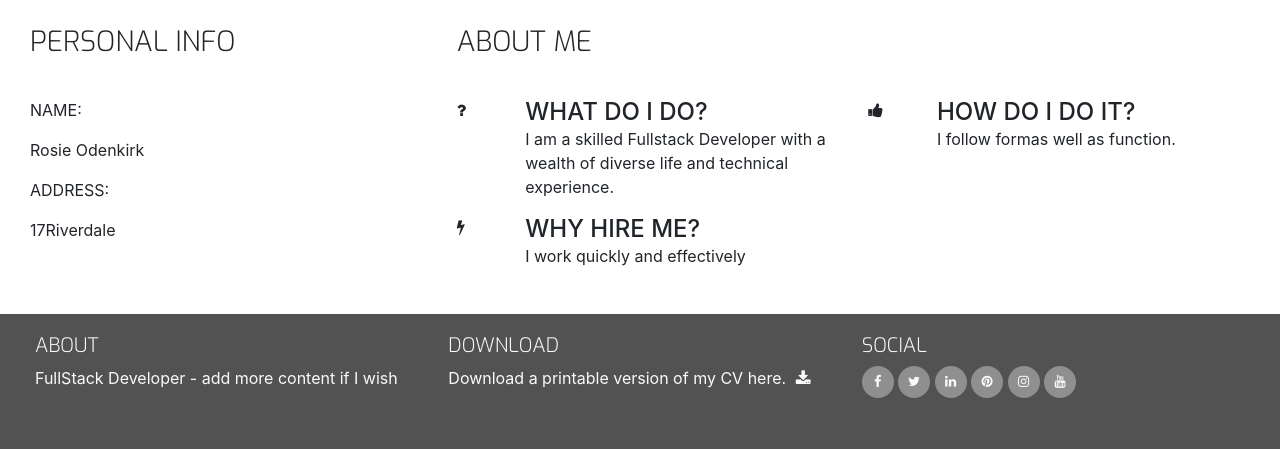
Repository: JustWhiteGit/Rosies-Resume
Page: index.html
The author's editor kept a record of every edit. The page is drawn from the files as they stood at one moment, then again after the next edit.
The browser window is 1280 px wide. The pictures show the part of the page from y = 369 to 872 px (the page is 818 px tall before and 872 px after).

Above is the page before.

### index.html
<!DOCTYPE html>
<html lang="en">

<head>
    <meta charset="UTF-8">
    <meta name="viewport" content="width=device-width, initial-scale=1.0">
    <meta http-equiv="X-UA-Compatible" content="ie=edge">
    <link rel="stylesheet" href="https://stackpath.bootstrapcdn.com/bootstrap/4.3.1/css/bootstrap.min.css" type="text/css" />
    <link rel="stylesheet" href="https://stackpath.bootstrapcdn.com/font-awesome/4.7.0/css/font-awesome.min.css" type="text/css" />
    <link rel="stylesheet" href="https://cdnjs.cloudflare.com/ajax/libs/hover.css/2.3.1/css/hover-min.css" type="text/css" />
    <link rel="stylesheet" href="assets/css/styles.css" type="text/css" />
    <title>Rosie</title>
</head>

<body>
    <header>
        <div class="row no-gutters">
            <a href="index.html" class="col-md-4 logo">

            </a>
            <div class="col-md-8">
                <div class="row no-gutters bg-color-name-title">
                    <div class="col heading">
                        <h1 class="name">Rosie Odenkirk</h1>
                        <h2 class="title">Full Stack Developer</h2>
                    </div>
                </div>
                <div class="row no-gutters">
                    <div class="col">
                        <ul id="nav" class="list-inline menucontainer">
                            <li class="col-6 col-sm-3 ui-menu-color-home list-inline-item menuitem">
                                <a href="#" class="hvr-sweep-to-bottom"><i class="fa fa-home" aria-hidden="true"></i><span>Home</span></a>
                            </li>
                            <li class="col-6 col-sm-3 ui-menu-color-resume list-inline-item menuitem">
                                <a href="#" class="hvr-sweep-to-bottom"><i class="fa fa-graduation-cap" aria-hidden="true"></i><span>Resume</span></a>
                            </li>
                            <li class="col-6 col-sm-3 ui-menu-color-contact list-inline-item menuitem">
                                <a href="#" class="hvr-sweep-to-bottom"><i class="fa fa-comment-o" aria-hidden="true"></i><span>Contact</span></a>
                            </li>
                            <li class="col-6 col-sm-3 ui-menu-color-download list-inline-item menuitem">
                                <a href="#" class="hvr-sweep-to-bottom"><i class="fa fa-download" aria-hidden="true"></i><span>Download</span></a>
                            </li>
                        </ul>
                    </div>
                </div>
            </div>
        </div>

    </header>
    <section class="container-fluid">
        <div class="row">
            <div class="col-md-4 bg-color-personal-info section-column">
                <div class="row">
                    <div class="col-12">
                        <h3 class="section-heading uppercase">
                            Personal Info
                        </h3>
                    </div>
                </div>
                <div class="personal-info-item">
                    <div class="key">
                        <p class="uppercase">
                            Name:
                        </p>
                    </div>
                    <div class="value">
                        <p>
                            Rosie Odenkirk
                        </p>
                    </div>
                </div>
                <div class="personal-info-item">
                    <div class="key">
                        <p class="uppercase">
                            address:
                        </p>
                    </div>
                    <div class="value">
                        <p>
                            17Riverdale
                        </p>
                    </div>
                </div>
            </div>
            <div class="col-md-8 bg-color-three-reasons section-column">
                <div class="row">
                    <div class="col">
                        <h3 class="section-heading uppercase">About me </h3>
                    </div>
                </div>
                <div class="row">
                    <div class="col-10 offset-1 offset-sm-0 col-sm-4 col-md-6">
                        <div class="row">
                            <div class="col-2">
                                <i class="three-reasons-icon fa fa-question" aria-hidden="true"></i>
                            </div>
                            <div class="col-10">
                                <h4 class="three-reasons-heading uppercase">what do i do?</h4>
                                <p>I am a skilled Fullstack Developer with a wealth of diverse life and technical experience.</p>
                            </div>
                        </div>
                    </div>
                    <div class="col-10 offset-1 offset-sm-0 col-sm-4 col-md-6">
                        <div class="row">
                            <div class="col-2">
                                <i class="three-reasons-icon fa fa-thumbs-up" aria-hidden="true"></i>
                            </div>
                            <div class="col-10">
                                <h4 class="three-reasons-heading uppercase">how do i do it?</h4>
                                <p>I follow formas well as function.</p>
                            </div>
                        </div>
                    </div>
                    <div class="col-10 offset-1 offset-sm-0 col-sm-4 col-md-6">
                        <div class="row">
                            <div class="col-2">
                                <i class="three-reasons-icon fa fa-bolt" aria-hidden="true"></i>
                            </div>
                            <div class="col-10">
                                <h4 class="three-reasons-heading uppercase">why hire me?</h4>
                                <p>I work quickly and effectively</p>
                            </div>
                        </div>
                    </div>
                </div>
            </div>
        </div>
    </section>
    <footer class="container-fluid">
        <div id="footer-details" class="row">
            <div class="col-sm-4">
                <h5 class="uppercase general-sub">About</h5>
                <p class="inline-block">
                    FullStack Developer - add more content if I wish
                </p>
            </div>
            <div class="col-sm-4">
                <h5 class="uppercase general-sub">Download</h5>
                <p class="inline-block">
                    Download a printable version of my CV here.
                    <a href="#" target="_blank" class="cv-pdf">
                        <i class="fa fa-download" aria-hidden="true"></i>
                        <span class="sr-only">Download link.</span>
                    </a>
                </p>
            </div>
            <div class="col-sm-4">
                <h5 class="uppercase general-sub">Social</h5>
                <ul class="list-inline social-links">
                    <li class="list-inline-item">
                        <a target="_blank" href="#">
                            <i class="fa fa-facebook" aria-hidden="true"></i>
                            <span class="sr-only">Facebook</span>
                        </a>
                    </li>
                    <li class="list-inline-item">
                        <a target="_blank" href="#">
                            <i class="fa fa-twitter" aria-hidden="true"></i>
                            <span class="sr-only">Twitter</span>
                        </a>
                    </li>
                    <li class="list-inline-item">
                        <a target="_blank" href="#">
                            <i class="fa fa-linkedin" aria-hidden="true"></i>
                            <span class="sr-only">LinkedIn</span>
                        </a>
                    </li>
                    <li class="list-inline-item">
                        <a target="_blank" href="#">
                            <i class="fa fa-pinterest" aria-hidden="true"></i>
                            <span class="sr-only">Pinterest</span>
                        </a>
                    </li>
                    <li class="list-inline-item">
                        <a target="_blank" href="#">
                            <i class="fa fa-instagram" aria-hidden="true"></i>
                            <span class="sr-only">Instagram</span>
                        </a>
                    </li>
                    <li class="list-inline-item">
                        <a target="_blank" href="#">
                            <i class="fa fa-youtube" aria-hidden="true"></i>
                            <span class="sr-only">YouTube</span>
                        </a>
                    </li>
                </ul>

            </div>
        </div>


    </footer>
</body>

</html>

### assets/css/styles.css
@import url('https://fonts.googleapis.com/css?family=Roboto:100,200,300,400,500,600,700|Exo:100,200,300,400,500,600,700');

/*---------------------------------colors*/

.bg-color-name-title {
    background-color: #676767;
}

.bg-color-three-reasons {
    background-color: #fff;
}

.ui-menu-color-home {
    background-color: #e67e22;
}

.ui-menu-color-resume {
    background-color: #9b59b6;
}

.ui-menu-color-contact {
    background-color: #3498db;
}

.ui-menu-color-download {
    background-color: #525252;
}

/* --------------------------------special paddings/margins/text */

h1,
h2,
h3,
h4 {
    margin: 0;
}

.uppercase {
    text-transform: uppercase;
}

.general-sub {
    font-family: "Exo", sans-serif;
    font-weight: 300;
    color: #fafafa;
}

.row-table {
    display: table;
}


.section-column {
    display: table-cell;
    padding: 0 30px 30px;
    float: none;
}


.section-heading {

    font-family: "Exo", sans-serif;
    font-weight: 300;
    margin-top: 25px;
    margin-bottom: 40px;
}



/* --------------------------------heading */

header {
    margin: 0;
}

.heading {
    margin-left: 50px;
}

.logo {
    background: url("../images/rosie-resume.jpg");
    background-position: center;
    background-repeat: no-repeat;
    background-size: cover;
    min-height: 360px;
    transition: all .5s ease-in-out;
    -moz-transition: all .5s ease-in-out;
    -webkit-transition: all .5s ease-in-out;
}


.name {
    font-family: "Exo", sans-serif;
    font-weight: 100;
    font-size: 46px;
    margin-top: 50px;
    color: #fff;
}

.title {
    font-family: "Roboto", sans-serif;
    font-weight: 200;
    font-size: 28px;
    margin-top: 20px;
    margin-bottom: 90px;
    color: #fff;
}


.list-inline-item:not(:last-child) {
    margin: 0;
}

.menucontainer {
    font-size: 0;
}

#nav {
    margin: 0;
}

#nav li {
    font-size: 14px;
    padding: 0;
}

.menuitem {
    height: 120px;
    text-align: center;
    padding: 0;
}

.menuitem a {
    width: 100%;
    text-decoration: none;
    color: #fff;
    height: 120px;
}

.menuitem a i {
    padding-top: 22px;
    display: block;
    color: #fafafa;
    font-size: 26px;
}

.menuitem span {
    display: block;
    width: 100%;
    padding-top: 5px;
    text-align: center;
    text-transform: uppercase;
    font-size: 14px;
    font-weight: 300;
    letter-spacing: 2px;
}

/* --------------------------------hover.css */

.hvr-sweep-to-bottom:before {
    background-color: rgba(0, 0, 0, 0.2);
    height: 120px;
}


/* --------------------------------footer */

footer {
    background-color: #525252;
    color: #fafafa;
    min-height: 120px;
    margin: 0;
}

.cv-pdf i {
    font-size;
    18px;
    color: #fafafa;
    text-align: center;
    padding-left: 5px;
    transition: all 0.35s ease-in-out;
    -moz-transition: all 0.35s ease-in-out;
    -webkit-transition: all 0.35s ease-in-out;
    -o-transition: all 0.35s ease-in-out;
}

.cv-pdf i:hover {
    color: #e84610;
}

.social-links {
    padding-bottom: 15px;
}

.social-links li a i {
    width: 32px;
    height: 32px;
    padding: 12px 0;
    border-radius: 50%;
    font-size: 13px;
    line-height: 7px;
    text-align: center;
    color: #fafafa;
    background: #8f8f8f;
    transition: all 0.35s ease-in-out;
    -moz-transition: all 0.35s ease-in-out;
    -webkit-transition: all 0.35s ease-in-out;
    -o-transition: all 0.35s ease-in-out;
}

.social-links li a i:hover {
    background: #e84610;

}

#footer-details {
    padding: 20px;
}

After the next edit:
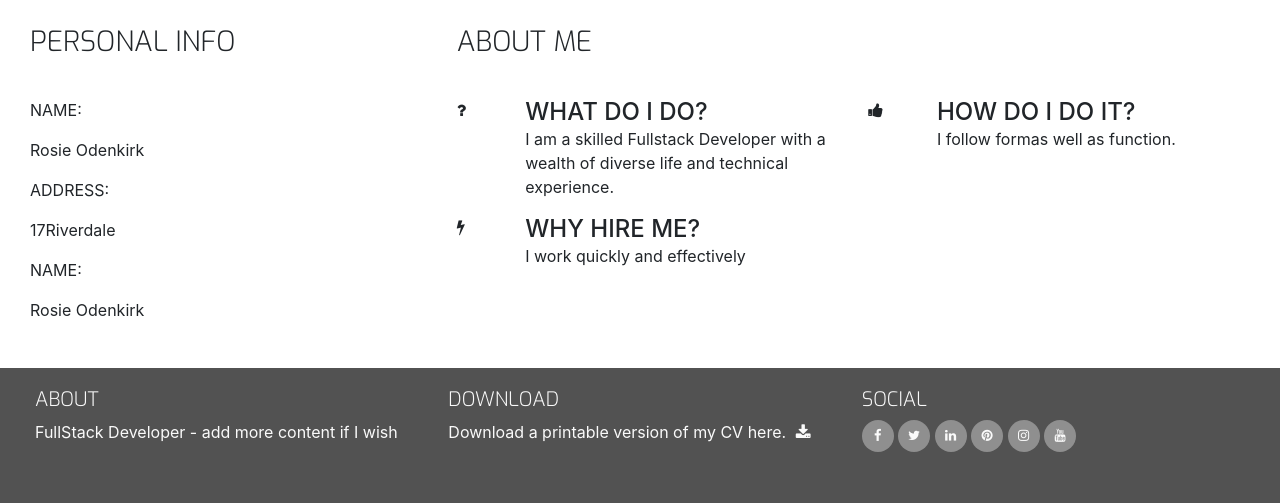
The edit:
--- a/index.html
+++ b/index.html
@@ -81,6 +81,19 @@
                         </p>
                     </div>
                 </div>
+                <div class="personal-info-item">
+                    <div class="key">
+                        <p class="uppercase">
+                            Name:
+                        </p>
+                    </div>
+                    <div class="value">
+                        <p>
+                            Rosie Odenkirk
+                        </p>
+                    </div>
+                </div>
+
             </div>
             <div class="col-md-8 bg-color-three-reasons section-column">
                 <div class="row">
